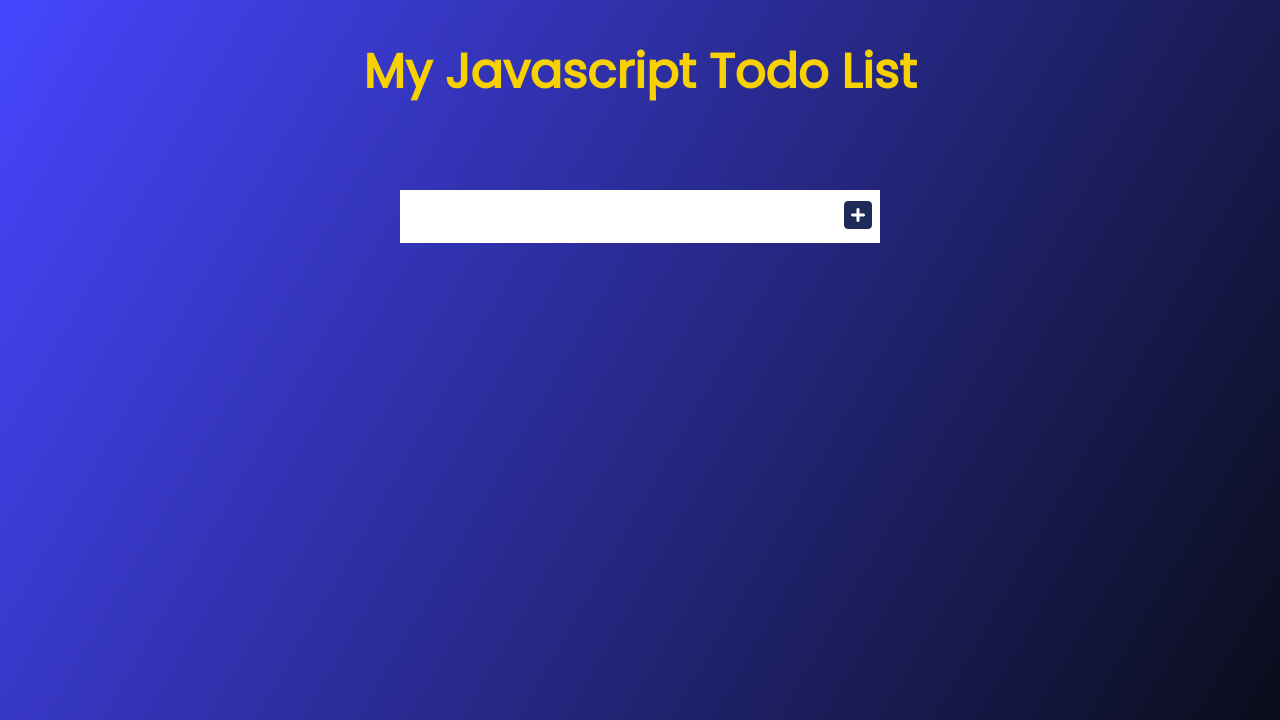
Repository: LuisMiLR/JavaScript-Todo-List
Page: index.html
An editor plug-in stored every save of this project. The page is shown before and after the next save, followed by the edit.
The browser window is 1280 px wide. The pictures show the whole page.

Above is the page before, as saved 2023-05-01 14:11:19.

After the next save:
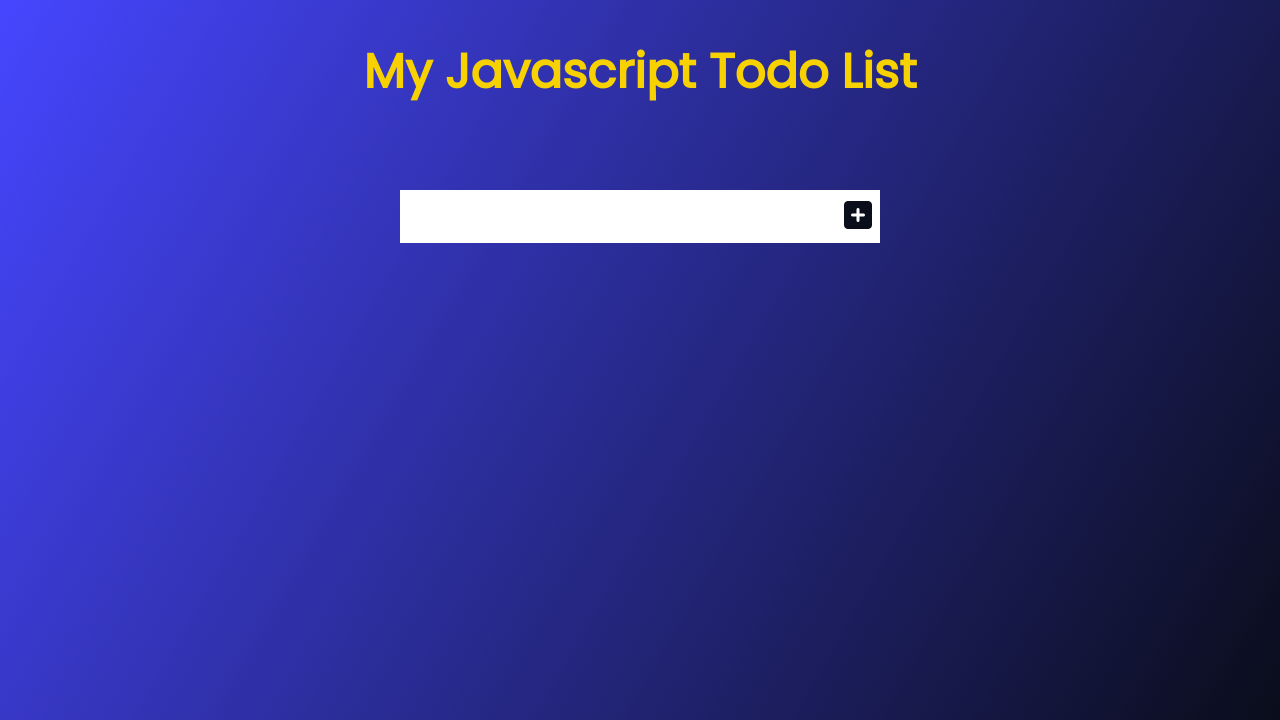
Saved 6 s later.
--- a/style.css
+++ b/style.css
@@ -28,7 +28,7 @@ form input, form button {
     background: white;
 }
 form button{
-    color: #1e2a58;
+    color: #0a0d1a;
     background: white;
     cursor: pointer;
     transition: all 0.3s ease;
